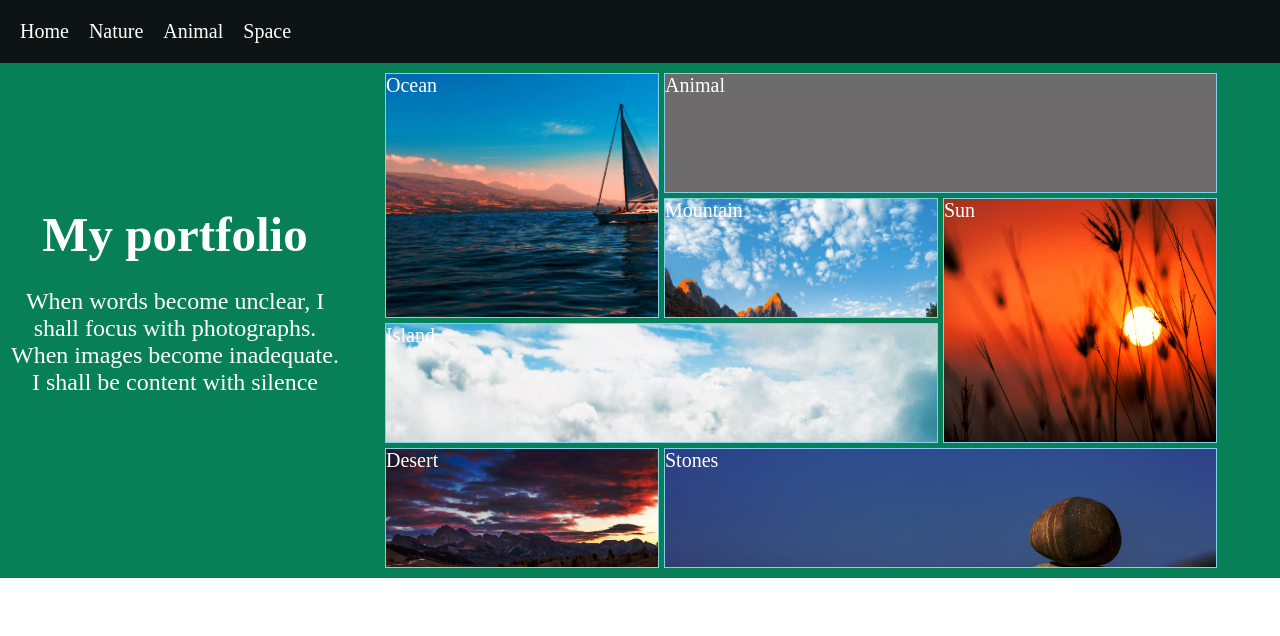
Repository: suraj-yadav7/03_Gallery_Portfolio
Page: index.html
The author's editor kept a copy of each file at every save. The page is drawn from the files as they stood at one save, then again after the next save.
The browser window is 1280 px wide. The pictures show the whole page.
Pictures or frames that could not be fetched are drawn as grey boxes. Some web fonts or font styles are not loaded; a fallback is used.

Above is the page before, as saved 2023-02-14 21:15:05.

### index.html
<!DOCTYPE html>
<html lang="en">
<head>
    <meta charset="UTF-8">
    <meta http-equiv="X-UA-Compatible" content="IE=edge">
    <meta name="viewport" content="width=device-width, initial-scale=1.0">
    <title>Gallery</title>
    <link rel="stylesheet" href="style.css">
</head>
<body>
    <nav class="nav-section">
        <div class="nav-container">
        <ul class="nav-item flex">
            <li>    <a href="#">Home</a>   </li>
            <li>    <a href="#">Nature</a> </li>
            <li>    <a href="#">Animal</a> </li>
            <li>    <a href="#">Space</a> </li>
        </ul>
        </div>
    </nav>

        <div class="container flex">
            <div class="header-text">
                <h1 class="heading">My portfolio</h1>
                <p class="para">When words become unclear, I shall focus with photographs. When images become inadequate. I shall be content with silence</p>
            </div>
            <div class="gallery-layout">
                <div class="box" id="box1">Ocean</div>
                <div class="box" id="box2">Animal</div>
                <div class="box" id="box3">Mountain</div>
                <div class="box" id="box4">Sun</div>
                <div class="box" id="box5">Island</div>
                <div class="box" id="box6">Desert</div>
                <div class="box" id="box7">Stones</div>
            </div>
        </div>
</body>
</html>

### style.css
@import url('https://fonts.googleapis.com/css2?family=Bodoni+Moda:ital,opsz@0,6..96;1,6..96&display=swap');

*{
    margin: 0;
    padding: 0;
    box-sizing: border-box;
}

:root{
    --primary-text-color: #1a0000;
    --secondary-text-color:  #33331a;
    --accent-color:  #cc99ff;
    --accent-dark-color: #4d88ff;
    --padding-inline-section: 20px;
}


/* Utility */


a{
    text-decoration: none;
    color: rgb(255, 255, 255);


}

.flex{
    display: flex;
    align-items: center;

}

/* Nav section */
.nav-container{
    background-color: rgb(14, 20, 20);
    padding: var(--padding-inline-section);
    font-family: 'Bodoni Moda', serif;
    font-size: 20px;


}
.nav-item{
    gap: 20px;
    list-style: none;
}
a:hover{
    color:#fff;
}

/*main -section */
.container{
    background-color: rgb(7, 127, 87);
    padding-block: 10px;
    gap: 35px;
    font-family: "bodoni modo" ;

}
.header-text{
    height: 250px;
   width: 350px;
    color: white;
    text-align: center;
    padding: 10px;

}
.heading{
    font-size: 49px;
}
.para{
    margin-top: 25px;
    font-size: 1.5rem;
}
.gallery-layout{
    display: grid;
    row-gap: 5px;
    column-gap: 5px;
    grid-template-columns: repeat(3, 1fr);
    grid-auto-rows: 120px;
    flex-basis: 65%;

}

.box{
    background-color: rgb(63, 60, 60);
    border: 1px solid skyblue;
    background-size: cover;
    background-position: top;
    background-blend-mode: hard-light;
    transition: all 1s ease-in-out;
    cursor: pointer;
    color: white;
    font-size: 20px;


}
.box:hover{
    background-color:rgb(210, 204, 204) ;
    background-position: center;

    box-shadow: 0 0 4px #fff;

}

#box1{
    grid-row: span 2;
    background-image: url("images/pexels-szelei-robert-1482193.jpg");


}

#box2{
    grid-column: span 2;
    background-image: url("images/pexels-dsd-1829979.jpg");

}
#box3{
    background-image: url("images/pexels-michael-block-3225517.jpg");

}

#box4{
    grid-row: span 2;
    background-image: url("images/pexels-darwis-alwan-1454752.jpg");
}

#box5{
    grid-column: span 2;
    background-image: url("images/pexels-michael-block-3225524.jpg");

}
#box6{
    background-image: url("images/pexels-michal-lizuch-2919720.jpg");

}

#box7{
    grid-column: span 2;
    background-image: url("images/pexels-pixabay-235990.jpg");

}

/* media queries for Mobile Responsiveness */

@media screen and (max-width: 1024px){

    .container{
        flex-direction: column;
        padding: 20px;
    }
    .box{
        grid-column: span 3;
        grid-row: span 1;

    }
.gallery-layout{
    margin-top:-20px;
    width: 100%;
    grid-auto-rows: 100px;
    padding-inline: 12px;
    row-gap: 10px;

}
#box2, #box5, #box7{
    grid-column: span 3;
}

}

After the next save:
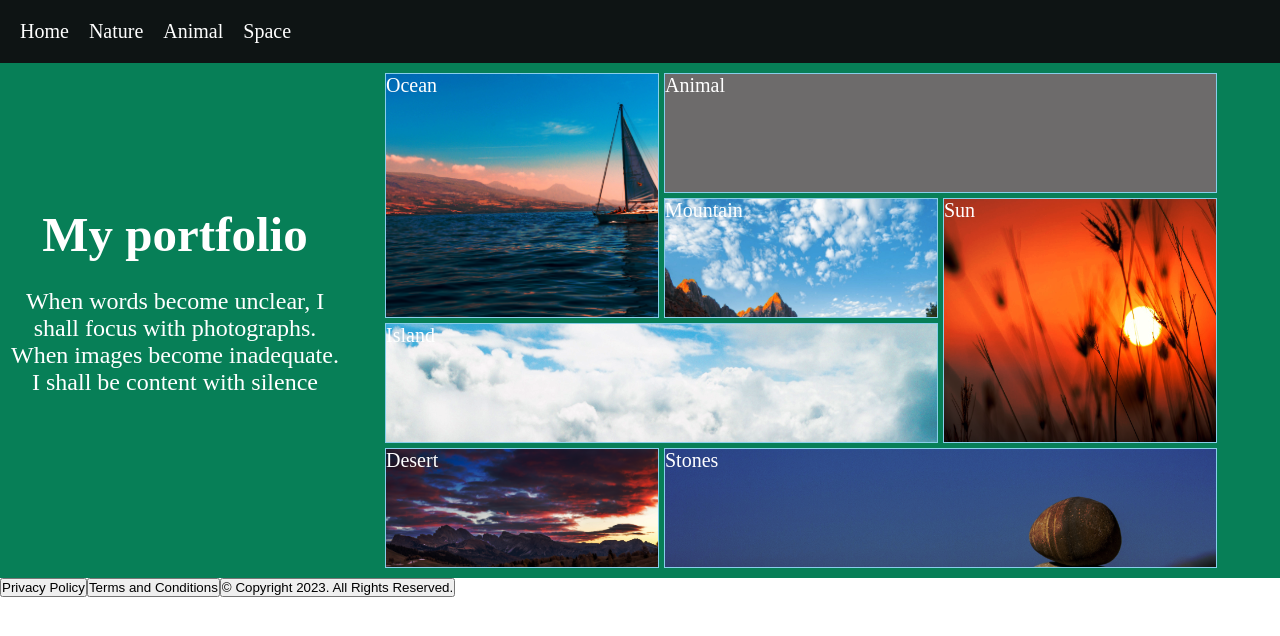
Saved 3 min 11 s later.
--- a/index.html
+++ b/index.html
@@ -34,5 +34,12 @@
                 <div class="box" id="box7">Stones</div>
             </div>
         </div>
+        <footer>
+            <div class="flex">
+                <button>Privacy Policy</button>
+                <button>Terms and Conditions</button>
+                <button>© Copyright 2023. All Rights Reserved.</button>
+            </div>
+        </footer>
 </body>
 </html>
